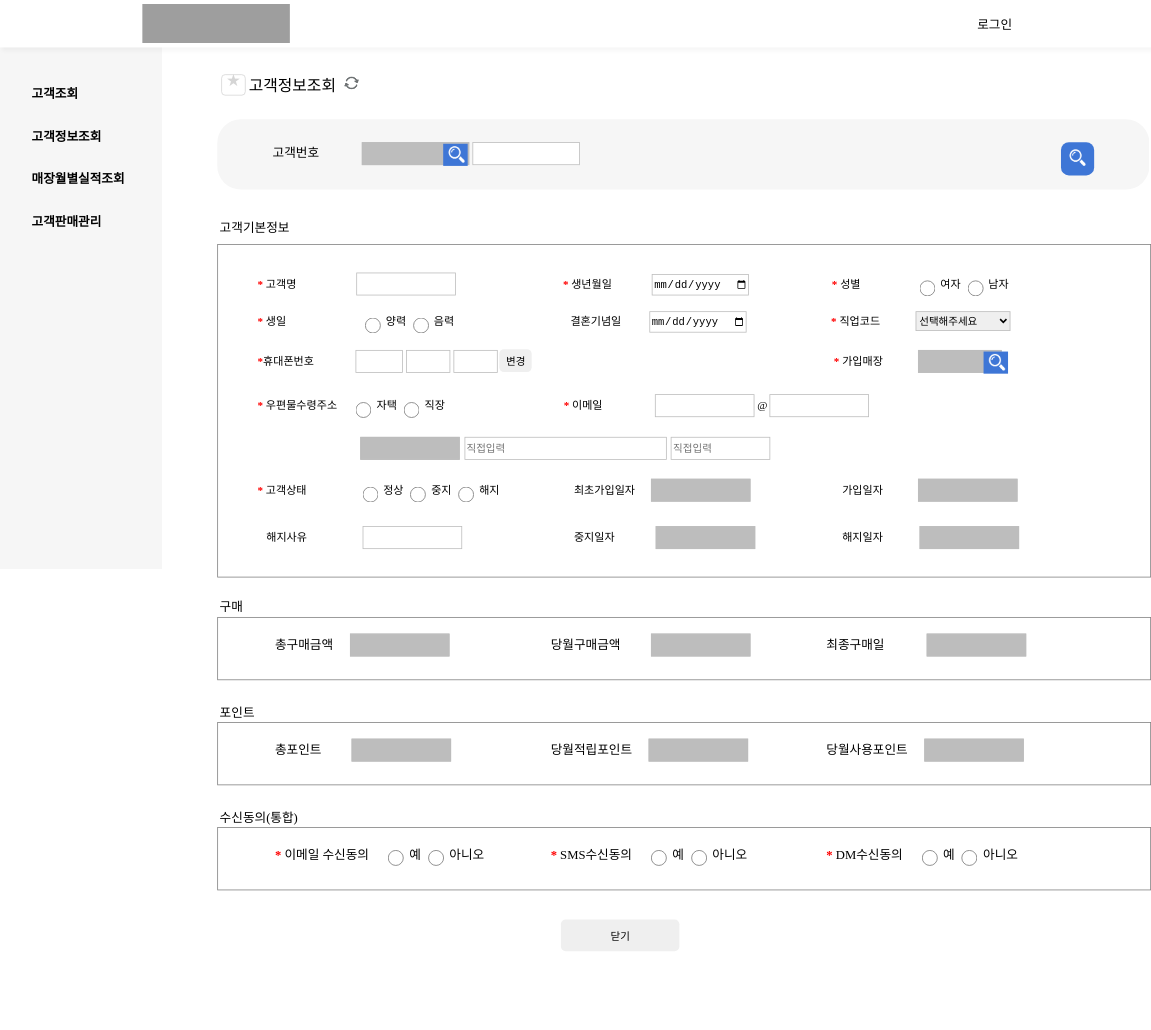
Repository: HyunyoungA/managementSystem
Page: http://localhost/DowellCommunity/WEB-INF/views/member/custInfo.jsp
An editor plug-in stored every save of this project. The page is shown before and after the next save, followed by the edit.
The browser window is 1280 px wide. The page is 1457 px wide, so the pictures cover 1457 px, including what lies to the right of the window. The pictures show the whole page, at 79% of full size.
Pictures or frames that could not be fetched are drawn as grey boxes. The page is served by Tomcat 9. Nobody is signed in. Other server files are loaded and not shown. The template is opened directly, without the code that normally fills it, so the values that code supplies are empty.

Above is the page before, as saved 2022-10-27 06:53:32.

### DowellCommunity/src/main/webapp/resources/CSS/custInfo.css
@charset "UTF-8";

/* body여백 없애기 */
body{
	margin: 0;
	padding: 0;
}
.star{
	display: table-cell;
	vertical-align: middle;
	font-size: 21px;
	color: #D5D5D5;
	padding: 5px;
}
.starBox{
	border-radius: 5px;
	border: 1px solid;
	margin-left: 5px;
	width: 20px;
	height: 20px;
	display: inline;
	font-size: 23px;
	color: #D5D5D5;
}
.Title{
	font-size: 20px;
}
.Refresh{
	filter: opacity(0.5) drop-shadow(0 0 0 #B8C6CC);
	width: 20px;
	height: 20px;
}
.Wrap {
    margin-left: 190px;
    position: relative;
    padding: 85px 85px 35px 85px;
}
/* 상단검색박스 */
.SearchBox {
    border-radius: 30px;
    padding: 6px 40px 0;
    width: 1100px;
    margin: auto;
    height: 83px;
    background-color: #F6F6F6;
    margin-top: 30px;
}
#Search_but_sale{
	margin-left: 869px;
    margin-top: 1.5px;
    position: absolute;
    left: 376px;
    background-color: #3E76D6;
    border-style: none;
    width: 31px;
    height: 28px;
}
#Search_but_sale:hover{
	cursor: pointer;
}
#Search_but_cust {
	margin-left: -37px;
    position: absolute;
    background-color: #3E76D6;
    border-style: none;
    width: 31px;
    height: 28px;
    margin-top: 2px;
}
#Search_but_cust:hover{
	cursor: pointer;
}
.Text_space{
	margin-right: 50px;
}
.essential{
	color: red;
	font-weight: 700;
}
.Text_box{
	height: 25px;
	width: 130px;
	border: 1px solid #BDBDBD;
	background-color: white;
}
#saleMonth-list{
	height: 28px;
    width: 136px;
}
.Text_date{
	height: 25px;
	width: 90px;
	border: 1px solid #BDBDBD;
	background-color: white;
}
#wrap_s{
	margin-left: 122px;
}
/* 검색버튼 */
#Search_but{
	width: 42px;
	height: 42px;
	float: right;
	background-color: #3E76D6;
	border: none;
	border-radius: 10px;
	cursor: pointer;
}
#Search_but:hover{
	cursor: pointer;
}
.total_search{
	filter: brightness(0) invert(1);
	width: 30px;
	height: 21px;
	margin: 2px -4px;
}
.wrap_mg{
    padding: 23px 30px 20px 30px;
}
.radio_check{
	vertical-align: text-top;
	width: 20px;
	height: 20px;
}
.Text_space_s{
	margin-right: 10px;
}
/* 신규버튼 */
.new_registration{
    width: 100px;
    height: 30px;
    float: right;
    margin-right: 78px;
    margin-bottom: 20px;
    border-style: none;
    border-radius: 5px;
}
.new_registration:hover{
	cursor: pointer;
	background-color: #E61200;
	color: white;
}
#date{
	width: 90px;
}
/* 고객기본정보표 */
#sale-table {
	font-size: 14px;
	margin-bottom: 24px;
	margin-top: 10px;
    padding-top: 25px;
    display: block;
    border: 1px solid gray;
    width: 1180px;
    margin-left: 275px;
    height: 395px;
}
/* 구매표 */
#buy-table {
    margin-bottom: 27px;
    margin-top: 2px;
    display: block;
    border: 1px solid gray;
    width: 1180px;
    margin-left: 275px;
    height: 78px;
}
thead {
	display:block;
    width:100%;
}

table thead tr {
	display:table;
    table-layout:fixed;
    width:100%;
}

tbody {
	width: 100%;
	display: block;
    height: 18rem;
}

tbody tr {
    width: 100%;
	display: table;
    table-layout: fixed;
}

tbody th{
	background-color: gray;
}
table thead th{
    background-color: #E61200;
    color: white;
}
th, td {
	border: 1px solid #444444;
	background-color: white;

}
.CustNum{
	width: 120px;
}
.CustNum-td{
	width: 120px;
	background-color: white;
}
.CustDetail{
	width: 120px;
}
.CustDetail-td{
	width: 120px;
	background-color: white;
}
.dateDay{
    text-align: center;
	width: 80px;
}
.joinDate{
	text-align: center;
    width: 130px;
}
.SaleInfo{
	width: 110px;
}
.Cust{
	width: 140px;
}
.dateSum{
	position: sticky;
    width: 180px;
    min-width: 180px;
    max-width: 180px;
    right: 0;
}
#saleSum{
	background-color: white;
}
#SumFix{
	text-align: center;
	position: sticky;
	left: 166px;
	background-color: white;
}
.main {
	padding-top:34px;
}
.box {
	width: 600px;
	height: 150px;
	overflow-y: scroll;
}
tr.title {
	margin: -33px 0px 0px -1px;
	width: 600px;
	display: table;
	position: absolute;
	background-color: #5dcafc;
}
th, td {
	padding: 6px;
}

table{
	font-size: 15px;
}
tbody {
	font-size: 13px;
}
#saleCode{
	background-color: #BDBDBD;
}
#reload{
	background-color: white;
	border: none;
}
/* 매장조회 팝업창 */
#light_shop{
	text-align: center;
	margin: 0 auto;
	font-size: 14px;
}
.CustCheck_Wrap_shop{
	height: 65px;
    background: #F6F6F6;
    padding: 15px;
}
.white_content_shop{
	display: none;
    position: absolute;
    top: 45%;
    left: 22%;
    width: 750px;
    height: 472px;
    padding: 16px;
    border: 1px solid #BDBDBD;
    background-color: white;
    z-index: 1002;
    overflow: auto;
    border-radius: 1.5rem;
}
.Cust_popup_table{
    border: 1px solid gray;
	height: 250px;
    border-collapse: collapse;
    width: 100%;
    display: block;
    height: 16rem;
}
.Cust_popup_table thead {
    table-layout: fixed;
/*     display: block; */
    width: 100%;
    height: 32px;
}
#searchPopup{
    overflow: auto;
}
#searchPopup {
	width: 100%;
	display: block;
    height: 14rem;
}
.Check_Box{
    width: 60px;
    position: sticky;
    top: 0px;
/*     background-color: #E61200 !important; */
    color: white;
}
.black_overlay{
	display: none;
    position: absolute;
    top: 0%;
    left: -15%;
    width: 115%;
    height: 224%;
    background-color: rgba(0, 0, 0, 0.4);
    z-index: 1001;
    -moz-opacity: 0.8;
    opacity: .80;
    filter: alpha(opacity=80);
}
.popupBut{
    border-style: none;
    border-radius: 6px;
    margin: 10px;
    width: 150px;
    height: 40px;
}
.CustCheck_Info {
    width: 190px;
    height: 34px;
    border: 1px solid #A6A6A6;
}
th, td {
	border: 1px solid #444444;
	background-color: white;

}
#dataSumTitle{
	text-align: center;
}
#title{
	margin-left: 278px;
	font-size: 16px;
}
.inputBox{
    border: 1px solid #BDBDBD;
    width: 120px;
    height: 25px;
	margin-left: 2px;
}
.loginInputBox{
	border: 1px solid #BDBDBD;
    width: 100px;
    height: 25px;
}
.phoneinputBox{
	margin: 2px;
    border: 1px solid #BDBDBD;
    width: 50px;
    height: 25px;
}
.custNameWrap{
    width: 273px;
    display: inline-block;
	margin: 10px 50px 10px 50px;
}
.custCauseWrap{
    width: 273px;
    display: inline-block;
    margin: 10px 61px;
}
.custDateWrap{
    width: 273px;
    display: inline-block;
	margin: 10px 50px 10px 60px;
}
.custNameWrapR{
    padding-left: 14px;
	width: 253px;
    display: inline-block;
}
.custShopWrap{
    width: 350px;
    display: inline-block;
    margin-bottom: 20px;
}
.textWrap{
	margin-right: 15px;
}
.custPhoneWrap{
	height: 50px;
    width: 428px;
    display: -webkit-inline-box;
    margin: 10px 50px 0px 50px;
}
.custAddressWrap{
	width: 553px;
    margin: 14px 203px 0px 178px;
    height: 27px;
}
.custEmailWrap {
    width: 405px;
    display: inline-block;
    margin: 0 25px;
}
.custAddressTextWrap {
    width: 309px;
    display: inline-block;
    margin: 10px 50px;
}
.custStateWrap {
    width: 363px;
    display: inline-block;
    margin: 10px 24px 10px 50px;
}
.firstJoinWrap {
	width: 293px;
    display: inline-block;
    margin: 10px 10px;
}
.joinWrap{
    width: 244px;
    display: inline-block;
	margin: 10px 12px 0px 33px;
}
.stopWrap{
    width: 244px;
    display: inline-block;
	margin: 20px 0px 0 52px;
}
.exWrap{
    width: 244px;
    display: inline-block;
    margin: 10px 60px 0 92px;
}
#custScalY{
    margin-left: 81px;
}
.custScalWrap{
    width: 290px;
    display: inline-block;
    margin: 10px 42px 0 50px;
}
#custStateY{
    margin-left: 52px;
}
#custSexId{
    margin-left: 56px;
}
#custNameId{
	background-color: #BDBDBD;
	text-align: right;
}
#custNameId2{
 	margin-left: 57px;
}
#custEmailId{
    margin-left: 48px;
}
#custDateBox{
	margin-left: 32px;
}
#custMarryBox{
    margin-left: 17px;
}
#jobCode{
	margin-left: 26px;
}
#custJoinBox{
	margin-left: 26px;
}
#causeBox{
    margin-left: 52px;
}
#stopBox{
    margin-left: 33px;
}
#cancelBox{
    margin-left: 28px;
}
.buyWrap{
    width: 325px;
    display: inline-block;
    margin: 20px 10px;
}
#close{
	margin-left: 710px;
	margin-bottom: 100px;
}
.popupBut:hover {
	background-color: black;
	color: white;
	cursor: pointer;
}
#phoneBut {
	border-style: none;
	border-radius: 6px;
	width: 41px;
	height: 29px;
}
#phoneBut:hover {
	background-color: black;
	color: white;
	cursor: pointer;
}
#custInput{
	background-color: #BDBDBD;
}
#buyId{
	margin-left: 20px;
	background-color: #BDBDBD;
	text-align: right;
}
#buyDate{
	margin-left: 34px;
	background-color: #BDBDBD;
}
#TotalePnt{
	margin-left: 72px;
}
#TotalePnt1{
	margin-left: 19px;
	background-color: #BDBDBD;
	text-align: right;
}
#MonPnt{
	background-color: #BDBDBD;
	text-align: right;
}
#MonUsPnt{
	background-color: #BDBDBD;
	text-align: right;
}

Loaded but not shown: DowellCommunity/src/main/webapp/resources/js/saleScript.js (76 lines, source omitted); DowellCommunity/src/main/webapp/resources/js/custScript.js (78 lines, source omitted); DowellCommunity/src/main/webapp/WEB-INF/views/common/navbar.jsp (115 lines, source omitted); DowellCommunity/src/main/webapp/WEB-INF/views/common/sidebar.jsp (43 lines, source omitted); DowellCommunity/src/main/webapp/WEB-INF/views/member/custInfo.jsp (1304 lines, source omitted)

After the next save:
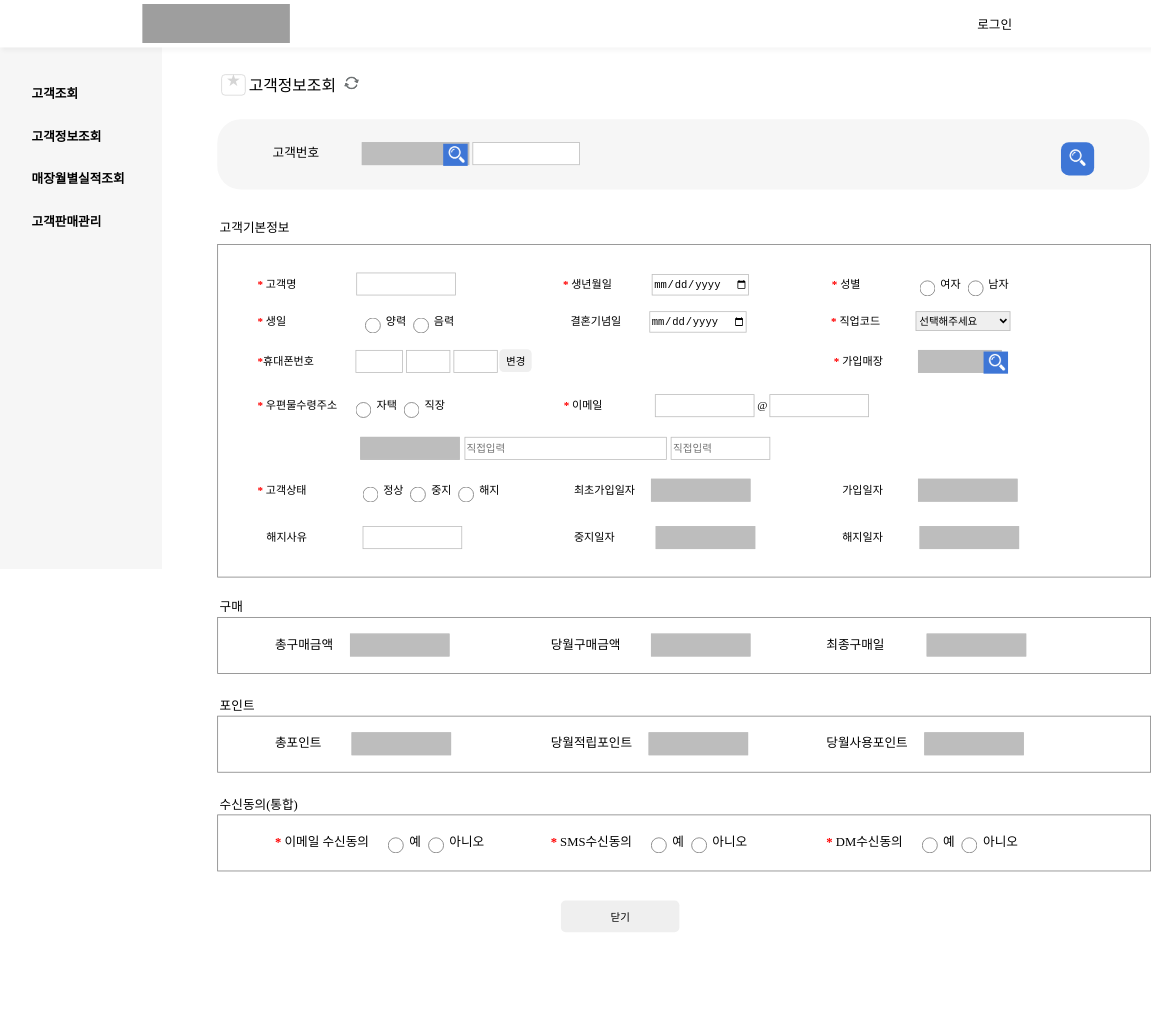
Saved 37 s later.
--- a/DowellCommunity/src/main/webapp/resources/CSS/custInfo.css
+++ b/DowellCommunity/src/main/webapp/resources/CSS/custInfo.css
@@ -164,7 +164,7 @@ body{
     border: 1px solid gray;
     width: 1180px;
     margin-left: 275px;
-    height: 78px;
+    height: 70px;
 }
 thead {
 	display:block;
